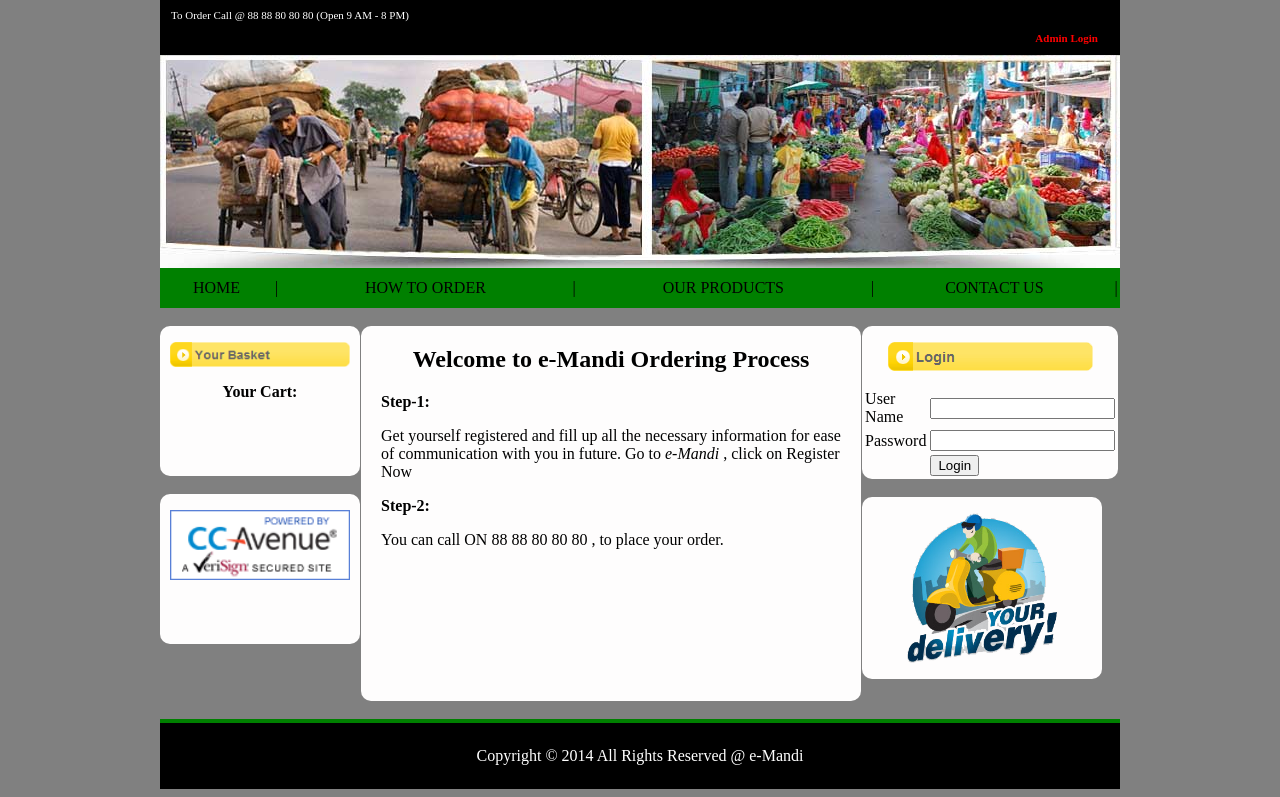
Repository: aashi12/e_mandi
Page: http://localhost/e_mandi/ourProducts.jsp
The author's editor kept a copy of each file at every save. The page is drawn from the files as they stood at one save, then again after the next save.
The browser window is 1280 px wide. The pictures show the whole page.
The page is served by Tomcat 9. Other server files are loaded and not shown.

Above is the page before, as saved 2014-04-18 12:02:27.

### e_mandi/WebContent/ourProducts.jsp
<%@ page language="java" contentType="text/html; charset=ISO-8859-1"
    pageEncoding="ISO-8859-1"%>
<!DOCTYPE html PUBLIC "-//W3C//DTD HTML 4.01 Transitional//EN" "http://www.w3.org/TR/html4/loose.dtd">
<html>
<head>
<meta http-equiv="Content-Type" content="text/html; charset=ISO-8859-1">
<title>Online e-Mandi</title>
<link rel="stylesheet" href="style.css" />
</head>
<body bgcolor="gray">
<div id="container">
<div id="main">
<table border="0" width="960" height="270" cellspacing="0" cellpadding="0">
<tr>
<td height="25" bgcolor="black" class="order"><p> &nbsp;&nbsp;&nbsp;&nbsp;To Order Call @ 88 88 80 80 80 (Open 9 AM - 8 PM)</p>
<p align="right" class="admin"><b><a href="admin.jsp">Admin Login</a> &nbsp; &nbsp; &nbsp; &nbsp;</b></p>
</td>
</tr>
<tr>
<td class="bann">
<!--  banner -->
</td>
</tr>
</table>
<table border="0" width="960" height="40" cellspacing="0" cellpadding="0">
<tr bgcolor="green">
<td align="center" class="tab"><a href="index.jsp">HOME</a></td>
<td align="center" class="tab">|</td>
<td align="center" class="tab"><a href="howToOrder.jsp">HOW TO ORDER</a></td>
<td align="center" class="tab">|</td>
<td align="center" class="tab"><a href="ourProducts.jsp">OUR PRODUCTS</a></td>
<td align="center" class="tab">|</td>
<td align="center" class="tab"><a href="#">CONTACT US</a></td>
<td align="center" class="tab">|</td>

</tr>
</table>
<br/>
<table border="0" width="960" height="auto" cellspacing="0" cellpadding="0">
<tr>
<td width="200" valign="top">
<table class="basket" width="200" height="150" cellspacing="0" cellpadding="0" bgcolor="#fefdfd">
<tr>
<td align="center" valign="top">
<p><img src="images/basket.png" width="180"/></p>
<p class="bask"><b>Your Cart:</b></p>
</td>
</tr>
</table>
&nbsp;
<table class="basket" width="200" height="150" cellspacing="0" cellpadding="0" bgcolor="#fefdfd">
<tr>
<td align="center" valign="top">
<p><img src="images/ccav.gif" width="180"/></p>
</td>
</tr>
</table>
</td>
<td width="560" align="center" valign="top">
<table class="basket" border="0" width="500" height="150" cellspacing="0" cellpadding="0" bgcolor="#fefdfd">
<tr>
<td  valign="top">
<h2 align="center">Welcome to e-Mandi Ordering Process</h2>
<div id="con1">
<p><b>Step-1:</b></p>
<p>Get yourself registered and fill up all the necessary information for ease of communication
with you in future. Go to <i>e-Mandi</i> , click on Register Now</p>
<p><b>Step-2:</b></p>
<p>You can call ON    88 88 80 80 80 , to place your order.</p>

<p>&nbsp;</p>
<p>&nbsp;</p>
<p>&nbsp;</p>
<p>&nbsp;</p>
</div>
</td>
</tr>
</table>

</td>
<td width="300" valign="top">
<table border="0" class="basket" width="200" height="150" cellspacing="0" cellpadding="0" bgcolor="#fefdfd">
<tr>
<td align="center">
<p><img src="images/login.png" /></p>
<table width="240">
<tr>
<td>User Name</td>
<td><input type="text" name="uname"></td>
</tr>
<tr>
<td>Password</td>
<td><input type="password" name="pass"></td>
</tr>
<tr>
<td></td>
<td><input type="submit" value="Login"></td>
</tr>
</table>
</td>
</tr>
</table>
&nbsp;
<table border="0" class="basket" width="240" height="150" cellspacing="0" cellpadding="0" bgcolor="#fefdfd">
<tr>
<td align="center">
<p><img src="images/free.png" width="150" height="150" /></p>
</td>
</tr>
</table>
</td>
</tr>
</table>
&nbsp;
<table border="0" width="960" height="70" cellspacing="0" cellpadding="0">
<tr>
<td height="4" bgcolor="green"></td>
</tr>
<tr>
<td height="65" bgcolor="black" align="center" class="foot">
<p>Copyright &copy; 2014 All Rights Reserved @ e-Mandi</p>
</td>
</tr>
</table>
</div>
</div>
</body>
</html>

### e_mandi/WebContent/style.css
#container{margin-top:-10px;}
#main{margin: 0px auto;width:960px;}
.tab{color:#000;text-decoration:none;}
.tab a{color:#000;text-decoration:none;}
.tab a:hover{color:#fff;text-decoration:none;}
.tab12{color:#fff;text-decoration:none;}
.tab12 a{color:#fff;text-decoration:none;}
.tab12 a:hover{color:red;text-decoration:none;}
.bann{background-image: url(images/header.jpg);}
.order{color:#fff; font-size:11px;}
.free{padding-left:400px;}
.logo{padding-bottom:50px;}
.basket{border-radius:10px;}
.foot{color:#fff;}
.cat{color:#000;text-decoration:none;}
.cat a{color:red;text-decoration:none;}
.cat a:hover{color:green;text-decoration:none;}
.admin{color:red;text-decoration:none; }
.admin a{color:red; text-decoration:none;}
.admin a:hover{color:#fff;text-decoration:none; }
#con1{padding-left:20px;padding-right:20px;}
img{border:none;}
a{text-decoration:none;}
.log a{text-decoration:none;}
.section a{color:green;text-decoration:none;}
.section a:hover{color:red;text-decoration:none;}
.quick{color:green;text-decoration:underline;}
#login
{
	text-align:center;

}

After the next save:
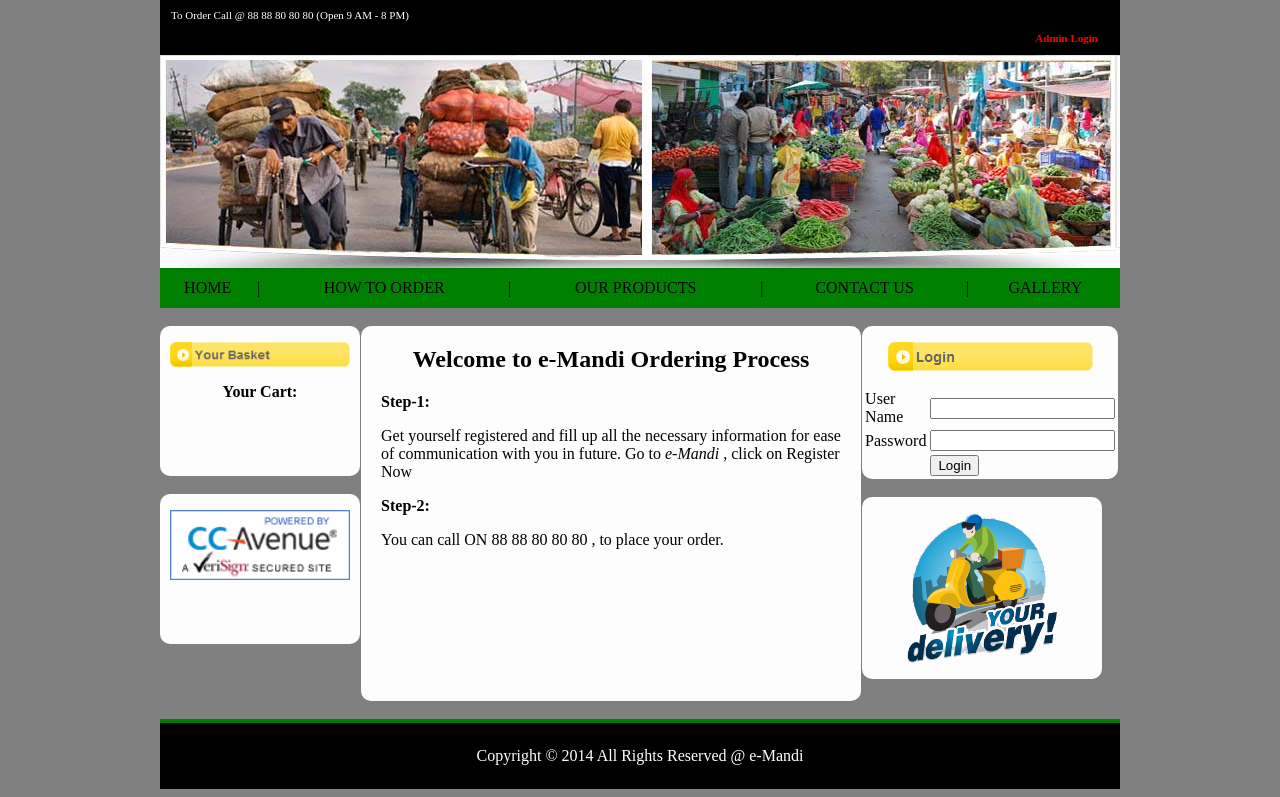
Saved 34 s later.
--- a/e_mandi/WebContent/ourProducts.jsp
+++ b/e_mandi/WebContent/ourProducts.jsp
@@ -32,7 +32,7 @@
 <td align="center" class="tab">|</td>
 <td align="center" class="tab"><a href="#">CONTACT US</a></td>
 <td align="center" class="tab">|</td>
-
+<td align="center" class="tab"><a href="#">GALLERY</a></td>
 </tr>
 </table>
 <br/>
